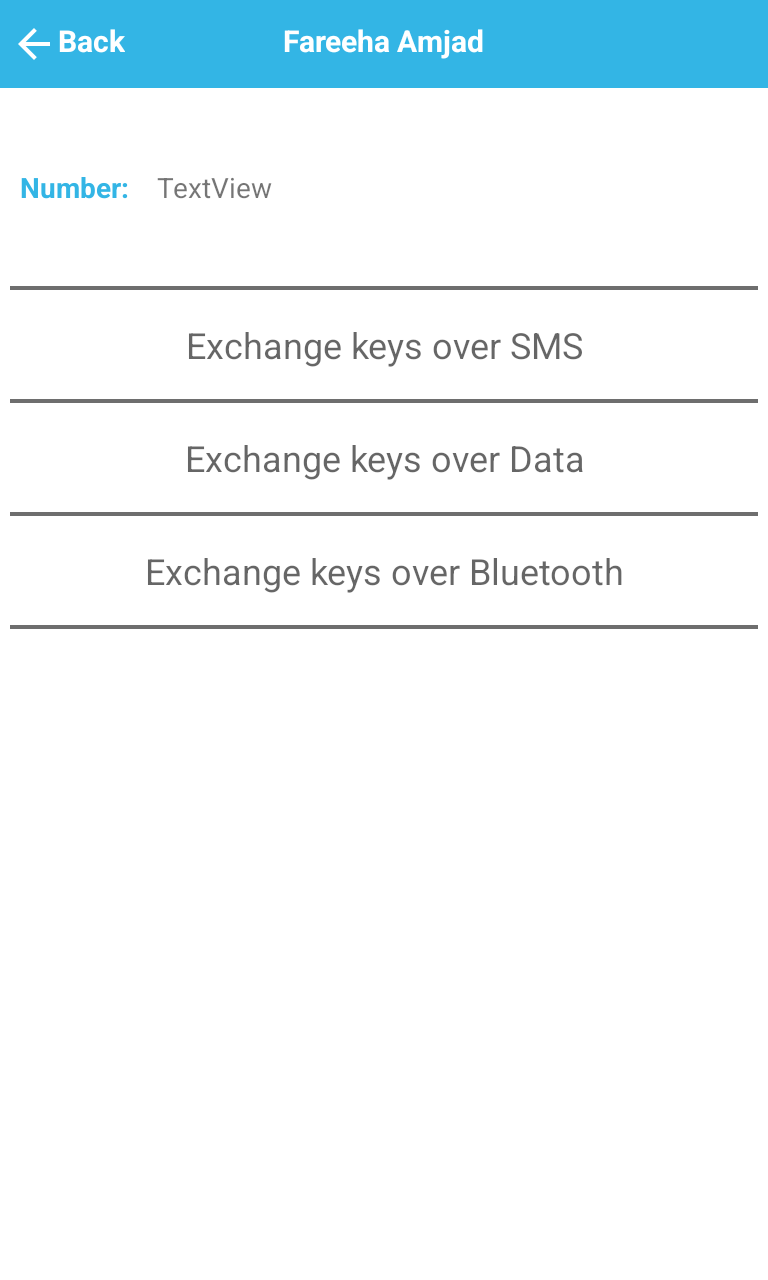
Repository: fareehaamjad/SMI-final
Layout: SecureMobileIdentity/res/layout/display_options.xml
The author's editor kept a copy of each file at every save. The layout is drawn from the files as they stood at one save, then again after the next save.
It is drawn on a 768 x 1280 px phone screen (xhdpi) without system bars, with theme AppTheme; the app's code is not run.

Above is the layout before, as saved 2015-08-19 16:24:13.

After the next save:
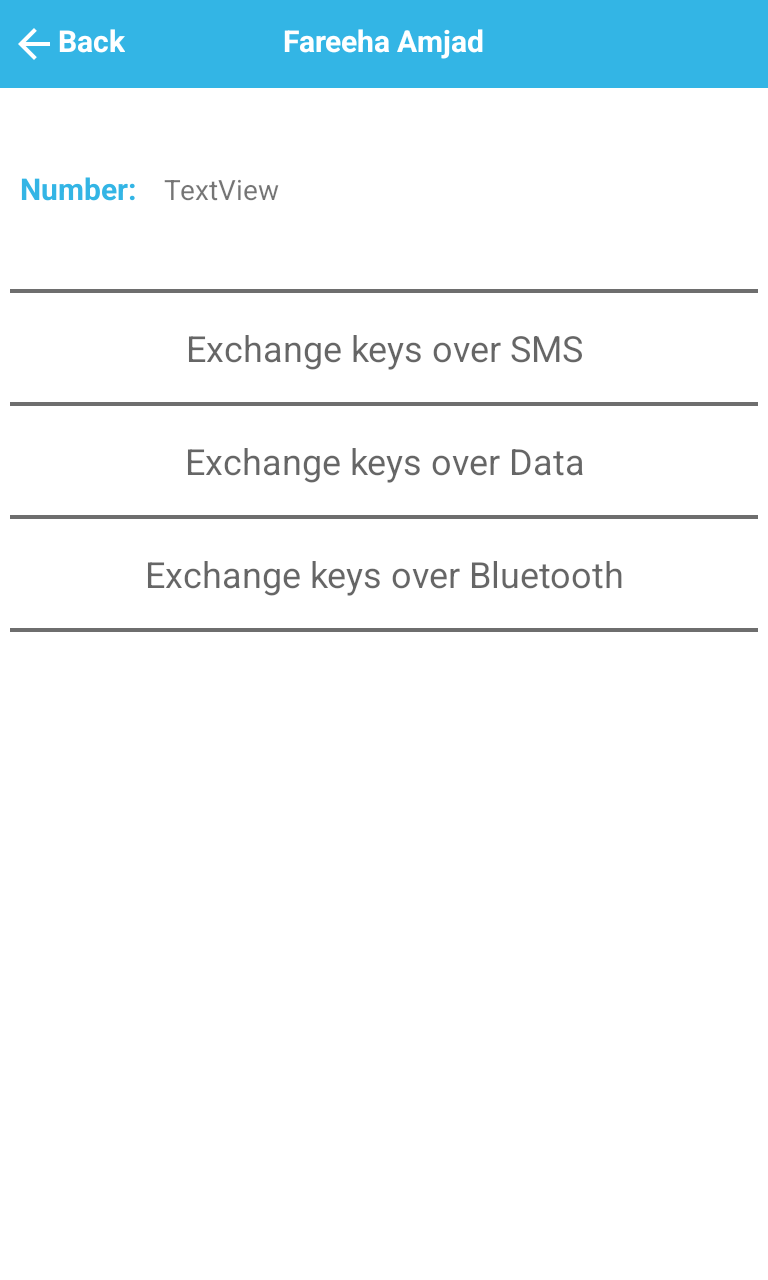
Saved 34 s later.
--- a/SecureMobileIdentity/res/layout/display_options.xml
+++ b/SecureMobileIdentity/res/layout/display_options.xml
@@ -56,7 +56,8 @@
             android:layout_height="wrap_content"
             android:text="Number:    "
             android:textColor="#33B5E5"
-            android:textStyle="bold" />
+            android:textStyle="bold"
+            android:textSize="15dp"/>
 
         <TextView
             android:id="@+id/tv_number"
